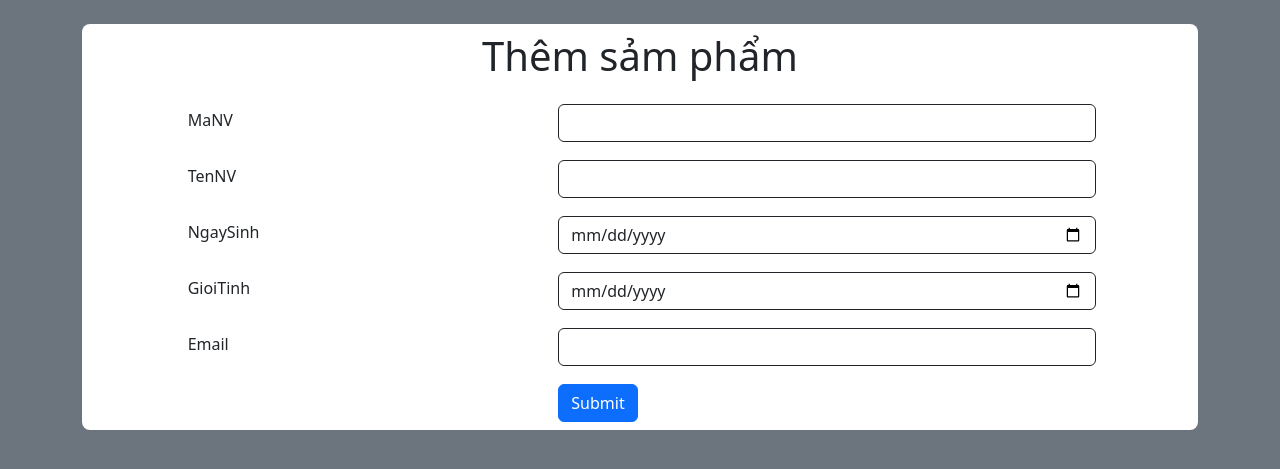
Repository: HT-35/iuh
Page: thi GK/index.html
These files come from the project's save history. The page is drawn as it stood at one moment and after the next save; the edit follows.
The browser window is 1280 px wide. The pictures show the whole page.

Above is the page before, as saved 2024-03-28 07:07:16.

### thi GK/index.html
<!DOCTYPE html>
<html lang="en">

<head>
  <meta charset="UTF-8">
  <meta name="viewport" content="width=device-width, initial-scale=1.0">
  <title>Call API from Form Input</title>
  <link href="https://cdn.jsdelivr.net/npm/bootstrap@5.3.3/dist/css/bootstrap.min.css" rel="stylesheet">
</head>

<body class="container bg-secondary">

  <div class="row">

    <!-- <div class="col-sm-3 col-md-3 col-lg-3"></div> -->

    <div class="col-12 col-sm-12 col-md-12 col-lg-12">
      <div class="  bg-white rounded-3 p-2 w-100 mt-4">
        <div class="row">

          <div class="title col-12 col-sm-12 col-md-12 col-lg-12">
            <h1 class="text-center">Thêm sảm phẩm</h1>
          </div>
        </div>

        <form action="#" class="">
          <div class="mb-3 mt-3 row">
            <div class="col-0 col-sm-2 col-md-2 col-lg-1  ">

            </div>
            <div class="col-6 col-sm-4 col-md-4 col-lg-4  ">
              <label for="name-product" class="form-label p-1">MaNV</label>
            </div>
            <div class="col-6 col-sm-6 col-md-6 col-lg-6">
              <input type="text" class="form-control border border-dark" id="MaNV" placeholder="" name="name-product">
            </div>
          </div>



          <div class="mb-3 mt-3 row">
            <div class="col-0 col-sm-2 col-md-2 col-lg-1  ">

            </div>
            <div class="col-6 col-sm-4 col-md-4 col-lg-4  ">
              <label for="price" class="form-label p-1">TenNV</label>
            </div>
            <div class="col-6 col-sm-6 col-md-6 col-lg-6"><input type="text" class="form-control border border-dark"
                id="TenNV" placeholder="" name="price"></div>
          </div>

          <div class="mb-3 mt-3 row">
            <div class="col-0 col-sm-2 col-md-2 col-lg-1  ">

            </div>
            <div class="col-6 col-sm-4 col-md-4 col-lg-4  ">
              <label for="price" class="form-label p-1">NgaySinh</label>
            </div>
            <div class="col-6 col-sm-6 col-md-6 col-lg-6"><input type="date" class="form-control border border-dark"
                id="NgaySinh" placeholder="" name="price"></div>
          </div>
          <div class="mb-3 mt-3 row">
            <div class="col-0 col-sm-2 col-md-2 col-lg-1  ">

            </div>
            <div class="col-6 col-sm-4 col-md-4 col-lg-4  ">
              <label for="price" class="form-label p-1">GioiTinh</label>
            </div>
            <div class="col-6 col-sm-6 col-md-6 col-lg-6"><input type="date" class="form-control border border-dark"
                id="GioiTinh" placeholder="" name="price"></div>
          </div>


          <div class="mb-3 mt-3 row">
            <div class="col-0 col-sm-2 col-md-2 col-lg-1  ">

            </div>
            <div class="col-6 col-sm-4 col-md-4 col-lg-4  ">
              <label for="price" class="form-label p-1">Email</label>
            </div>
            <div class="col-6 col-sm-6 col-md-6 col-lg-6"><input type="email" class="form-control border border-dark"
                id="Email" placeholder="" name="price"></div>
          </div>


          <div class="row">
            <div class=" col-4 col-sm-5 col-md-5 col-lg-5 "></div>
            <div class=" col-6 col-sm-3 col-md-3 col-lg-3 "><button type="button"
                class="btn  btn-primary">Submit</button>
            </div>
            <div class=" col-6 col-sm-4 col-md-4 col-lg-4 "></div>

          </div>

          <div class="insertData">
            <!-- <div class="title col-12 col-sm-12 col-md-12 col-lg-12">
              <h1 class="text-center">Thêm Sẩn Phẩm Thành Công</h1>
            </div>
            <div class="table-responsive">
              <table class="table">
                <thead>
                  <tr>
                    <th>STT</th>
                    <th>MaNV</th>
                    <th>TenNV</th>
                    <th>NgaySinh</th>
                    <th>GioiTinh</th>
                    <th>Email</th>
                  </tr>
                </thead>
                <tbody id="insertData"> -->
            <!-- <tr>
                                      <th scope="row">1</th>
                                      <td>iphone 15</td>
                                      <td>15.000.000</td>
                                      <td>iphone 15</td>
                                      <td>15.000.000</td>
                                      <td>15.000.000</td>
                                    </tr> -->

            </tbody>
            </table>
          </div>
      </div>
      </form>
      <div id="result"></div>
    </div>

  </div>


  <!-- <div class="col-sm-3 col-md-3 col-lg-3"></div> -->
  </div>



  <script src="https://cdn.jsdelivr.net/npm/bootstrap@5.3.3/dist/js/bootstrap.bundle.min.js"></script>
  <script src="./js/script.js"></script>
</body>

</html>

### thi GK/js/script.js
document.addEventListener("DOMContentLoaded", async () => {
  const btn = document.querySelector(".btn");

  const callApi = async (product) => {
    const res = await fetch("http://localhost:3000/product/create", {
      method: "POST",
      headers: {
        "Content-Type": "application/json", // Thêm header Content-Type
      },
      body: JSON.stringify(product),
    });
    const data = await res.json();
    return data;
  };

  btn.addEventListener("click", async () => {
    const nameProduct = document.querySelector("#name-product").value;
    const price = document.querySelector("#price").value;

    MaNV;
    TenNV;
    NgaySinh;

    Email;

    const product = {
      product: nameProduct,
      price: price,
    };

    const dataApi = await callApi(product);
    console.log(dataApi);
    // const { product, price } = dataApi.data;

    if (dataApi.status) {
      const insertData = document.querySelector("#insertData");
      const { product, price } = dataApi.data;

      const template = `
                  <div class="title col-12 col-sm-12 col-md-12 col-lg-12">
              <h1 class="text-center">Thêm Sẩn Phẩm Thành Công</h1>
            </div>
            <div class="table-responsive">
              <table class="table">
                <thead>
                  <tr>
                    <th>STT</th>
                    <th>MaNV</th>
                    <th>TenNV</th>
                    <th>NgaySinh</th>
                    <th>GioiTinh</th>
                    <th>Email</th>
                  </tr>
                </thead>
                <tbody id="insertData">
              <tr>
                                      <th scope="row">1</th>
                                      <td>${product}</td>
                                      <td>${price}</td>
                                      <td>${product}</td>
                                      <td>${price}</td>
                                      <td>${price}</td>
              </tr>

           `;
      insertData.insertAdjacentHTML("beforeend", template);
    }
    // console.log(product);
  });
});

After the next save:
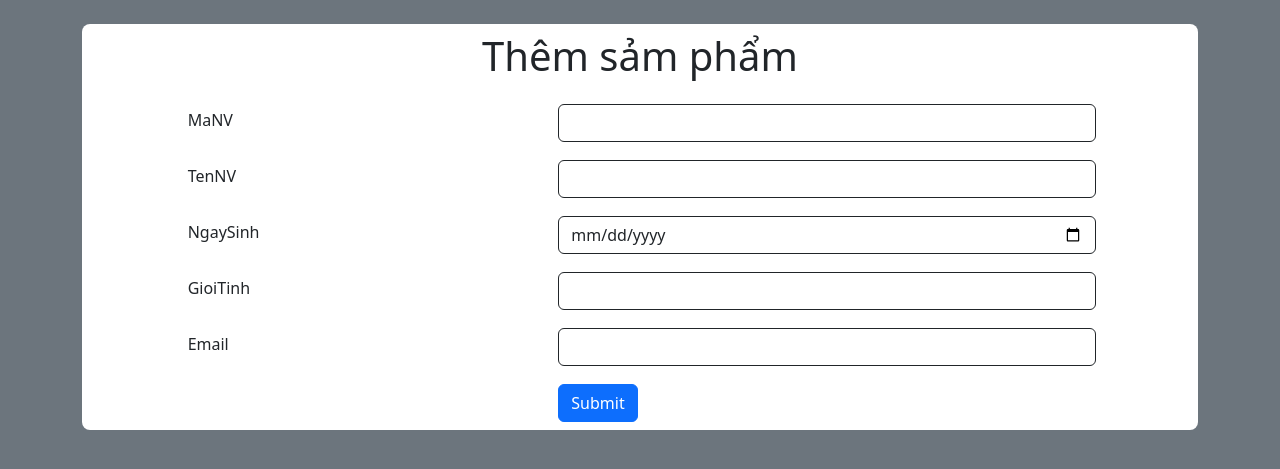
Saved 10 s later.
--- a/thi GK/index.html
+++ b/thi GK/index.html
@@ -66,7 +66,7 @@
             <div class="col-6 col-sm-4 col-md-4 col-lg-4  ">
               <label for="price" class="form-label p-1">GioiTinh</label>
             </div>
-            <div class="col-6 col-sm-6 col-md-6 col-lg-6"><input type="date" class="form-control border border-dark"
+            <div class="col-6 col-sm-6 col-md-6 col-lg-6"><input type="text" class="form-control border border-dark"
                 id="GioiTinh" placeholder="" name="price"></div>
           </div>
 
